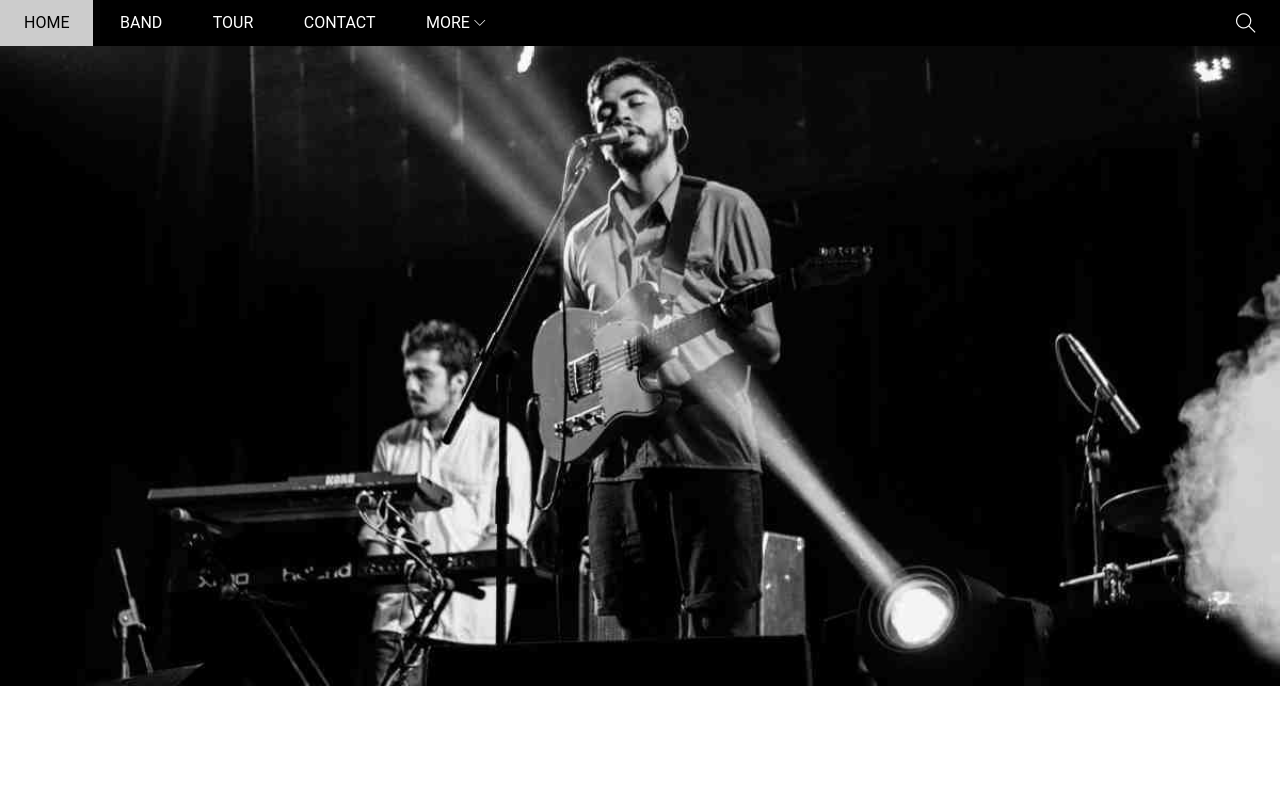
Repository: vuongld315/myLandingPage
Page: index.html
These files come from the project's save history. The page is drawn as it stood at one moment and after a run of saves; the edit follows.
The browser window is 1280 px wide. The pictures show the whole page.

Above is the page before, as saved 2022-07-22 13:02:31.

After the next 4 saves:
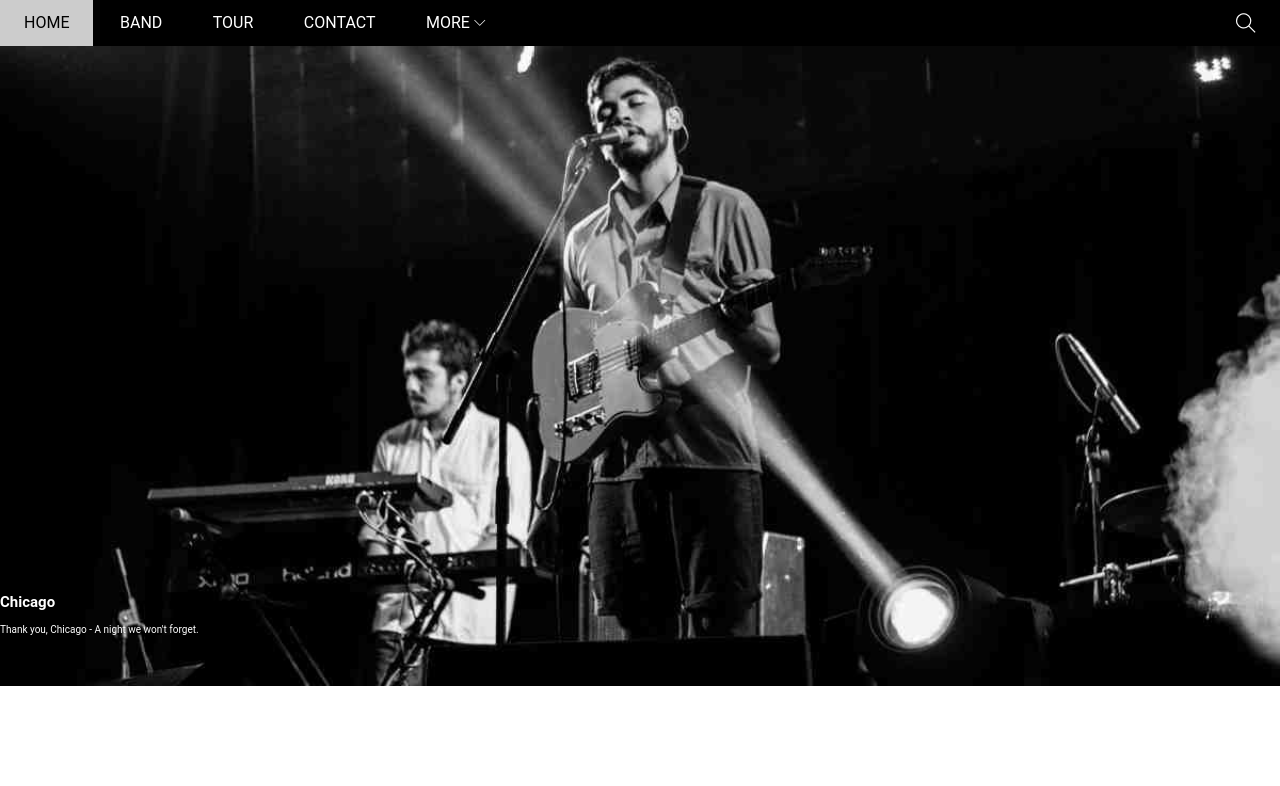
The 4 saves are shown as one change because they came seconds apart.
The last was saved 30 s later.
--- a/assets/css/main.css
+++ b/assets/css/main.css
@@ -126,7 +126,7 @@ body    {
 .text-content  {
     position: absolute;
     color: #fff;
-
+    bottom: 48px;
 }
 
 #content {
